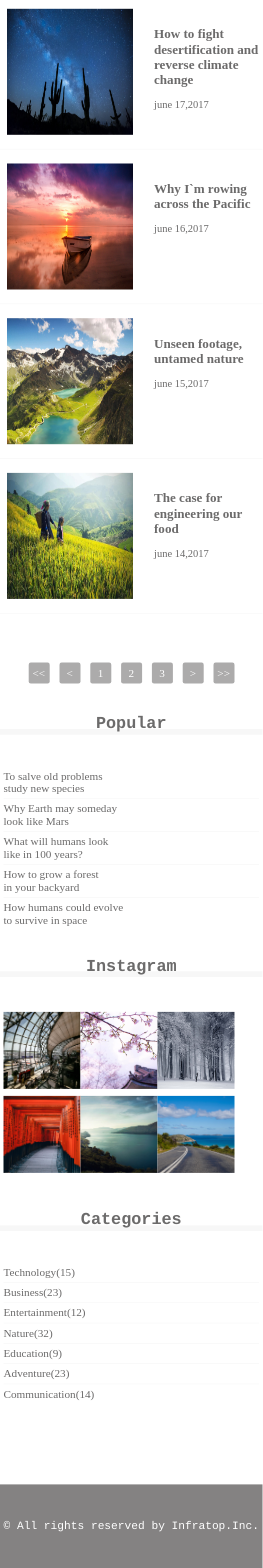
Repository: TACAMP/caravan
Page: caravan/index.html
The author's editor kept a record of every edit. The page is drawn from the files as they stood at one moment, then again after the next edit.
The browser window is 375 px wide. The pictures show the part of the page from y = 792 to 3032 px (the page is 3032 px tall), at 70% of full size.
Some web libraries are served in a nearby version.

Above is the page before.

After the next edit:
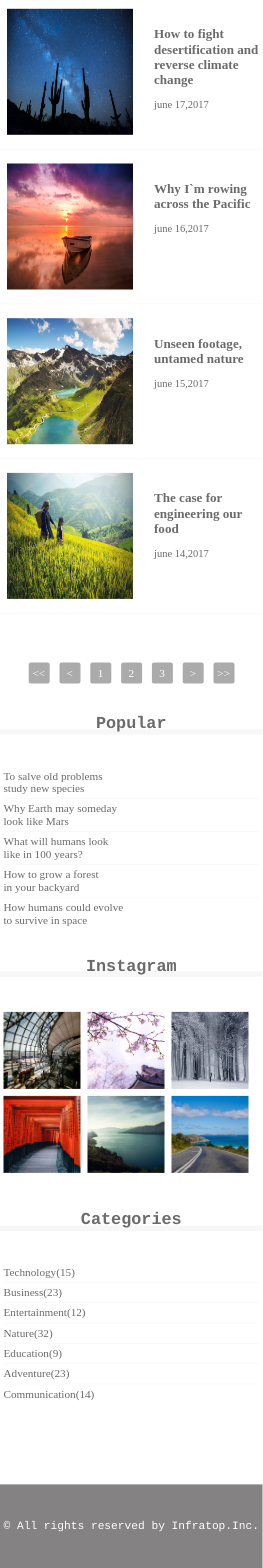
The edit:
--- a/caravan/style.css
+++ b/caravan/style.css
@@ -275,3 +275,9 @@
 .sidebar-contents{
   padding:50px 5px;
 }
+
+.instagram-box{
+  width:110px;
+  height:110px;
+  margin:0 10px 10px 0;
+}
